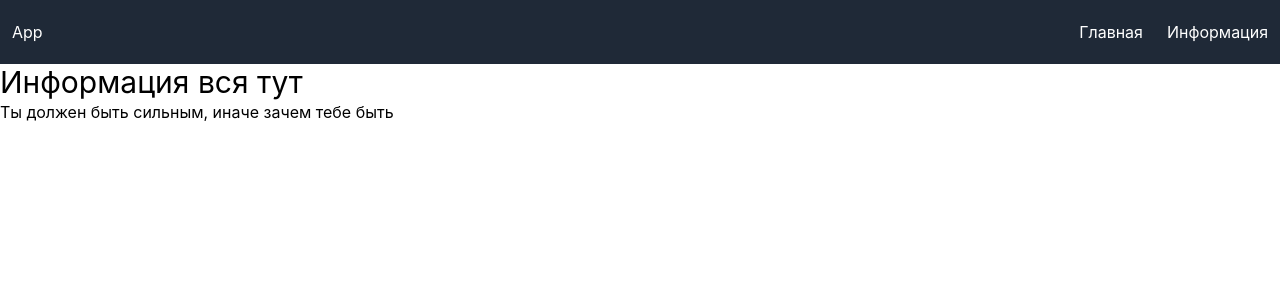
Repository: VachArt/react-exam-work
Page: /about
These files come from the project's save history. The page is drawn as it stood at one moment and after the next save; the edit follows.
The browser window is 1280 px wide. The pictures show the whole page.
The project was rebuilt for these pictures with package versions that can differ from the ones it lists, and the page was loaded fresh each time. Also part of the build but not shown: src/components/pages/Home/item/Check.jsx, src/components/pages/Home/item/TodoItem.jsx, src/components/pages/Home/create-todo-field/CreateTodoField.jsx, src/components/pages/Home/Home.jsx.

Above is the page before, as saved 2022-04-27 23:41:35.

### src/App.jsx
import React from 'react'
import {BrowserRouter, Route, Routes} from 'react-router-dom'
import { Navbar } from './components/pages/Home/Navbar'
import { Home } from './components/pages/Home/Home'
import { About } from './components/pages/About/About'





function App() {
    return (
            <BrowserRouter>
                <Navbar />
                    <div className='bg-gray-900'>
                        <Routes>
                            <Route path='/' exact element={<Home />} />
                            <Route path='/about' element={<About />} />
                        </Routes>
                    </div>
            </BrowserRouter>
    )
}

export default App;

### src/components/pages/Home/Navbar.jsx
import React from 'react'
import {NavLink} from 'react-router-dom'

export const Navbar = () => (
    <nav className='bg-gray-800 flex items-center justify-between h-16 text-white'>
        <div className='navbar-brand p-3 hover:text-pink-400'>
            App
        </div>
        <ul className="flex items-center justify-between">
            <li className="px-3 hover:text-pink-400">
                <NavLink
                    to="/"
                    exact
                >
                    Главная
                </NavLink>
            </li>
            <li className="px-3 hover:text-pink-400">
                <NavLink
                    to="/about"
                >
                    Информация
                </NavLink>
            </li>
        </ul>
    </nav>
)

### src/components/pages/About/About.jsx
import React from "react"

export const About = () => (
    <div className="bg-white">
        <div>
            <h1 className="text-3xl">Информация вся тут</h1>
            <p className="">Ты должен быть сильным, иначе зачем тебе быть</p>
        </div>
    </div>
)

Loaded but not shown: public/index.html (common file); src/index.jsx (common file); src/index.css (common file); tailwind.config.js (common file)

After the next save:
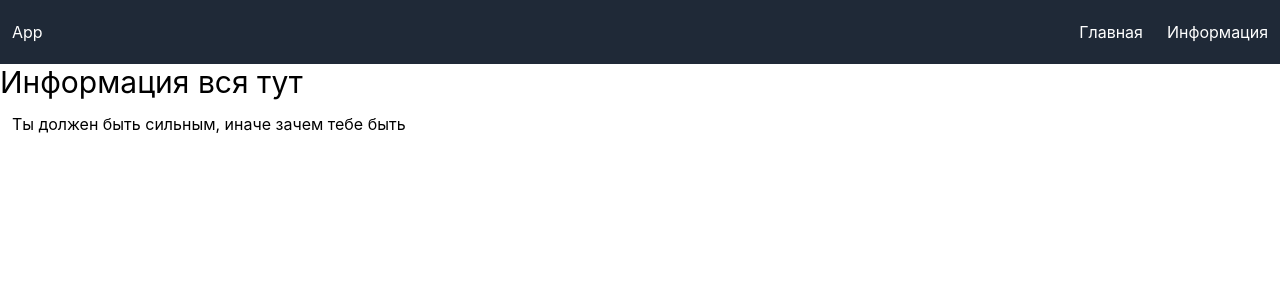
Saved 7 s later.
--- a/src/components/pages/About/About.jsx
+++ b/src/components/pages/About/About.jsx
@@ -4,7 +4,7 @@
     <div className="bg-white">
         <div>
             <h1 className="text-3xl">Информация вся тут</h1>
-            <p className="">Ты должен быть сильным, иначе зачем тебе быть</p>
+            <p className="m-3">Ты должен быть сильным, иначе зачем тебе быть</p>
         </div>
     </div>
 )

After the save that followed:
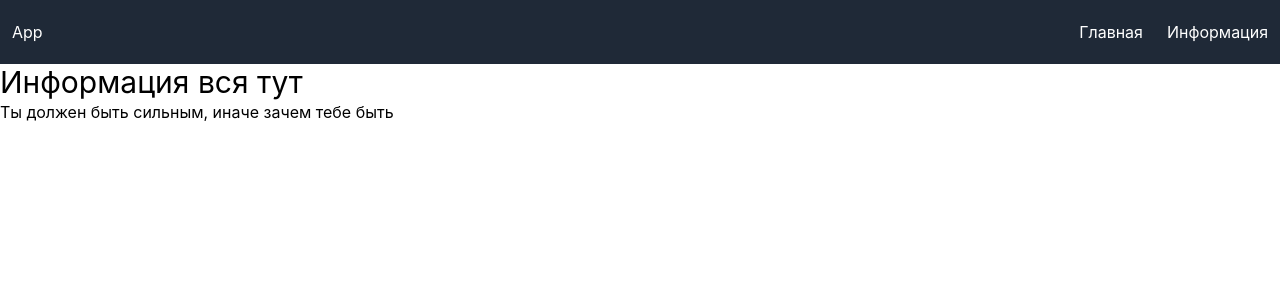
Saved 22 s later.
--- a/src/components/pages/About/About.jsx
+++ b/src/components/pages/About/About.jsx
@@ -1,10 +1,10 @@
 import React from "react"
 
 export const About = () => (
-    <div className="bg-white">
+    <div className="bg-white mx-auto">
         <div>
             <h1 className="text-3xl">Информация вся тут</h1>
-            <p className="m-3">Ты должен быть сильным, иначе зачем тебе быть</p>
+            <p className="">Ты должен быть сильным, иначе зачем тебе быть</p>
         </div>
     </div>
 )
